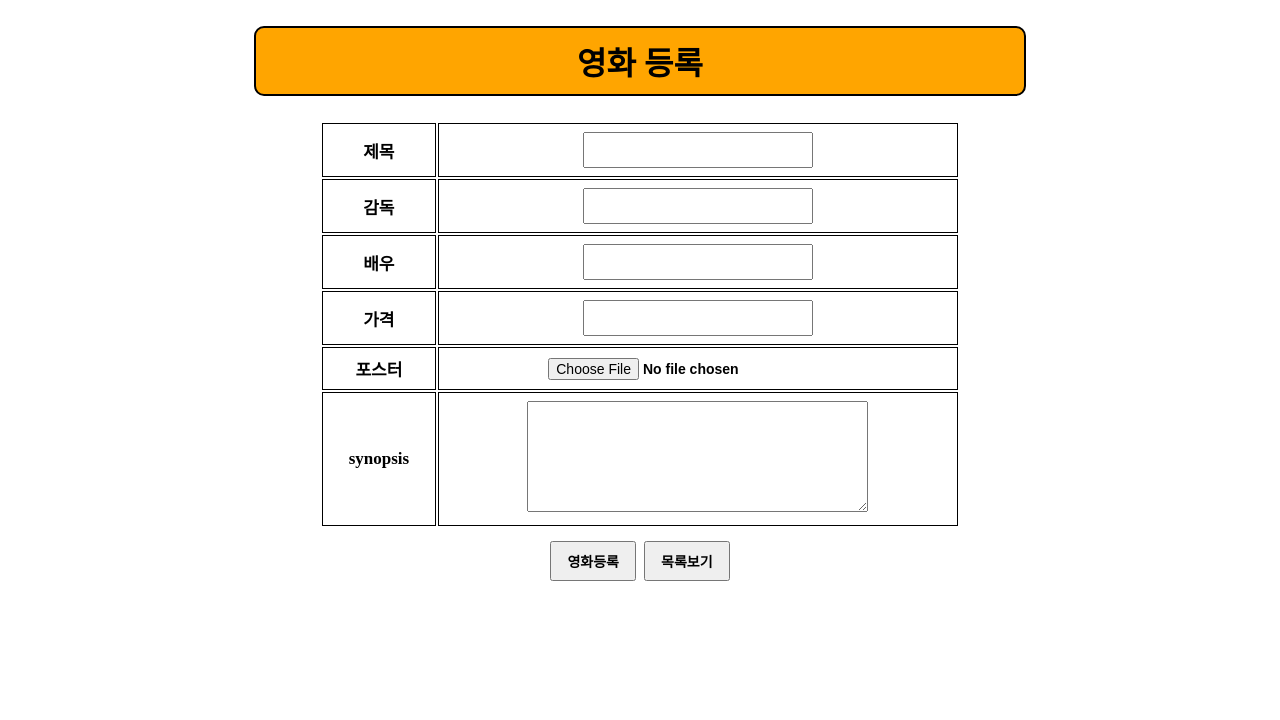
Repository: EverythingOfC/movie
Page: http://localhost/movie/movie/insert.jsp
The author's editor kept a copy of each file at every save. The page is drawn from the files as they stood at one save, then again after the next save.
The browser window is 1280 px wide. The pictures show the whole page.
The page is served by Tomcat 9. Nobody is signed in. The application's start-up code is not run. Other server files are loaded and not shown.

Above is the page before, as saved 2023-01-02 04:10:26.

### movie/src/main/webapp/movie/insert.jsp
<%@ page language="java" contentType="text/html; charset=UTF-8"
    pageEncoding="UTF-8"%>
<%@ taglib prefix="c" uri="http://java.sun.com/jsp/jstl/core" %>
<!DOCTYPE html>
<html>
<head>
<meta charset="UTF-8">
<title>Insert title here</title>
<link rel="stylesheet" type="text/css" href="../css/movie.css">
</head>
<body>

<div class = "title">
	<h1> 영화 등록 </h1>
</div>

<div class = "insert">

<form action="ms?command=insert" method="post" enctype="multipart/form-data">
		<!--  Http의 바디부분에 데이터를 여러 부분으로 나누어서 전송함 -->

	<input type="hidden" name="id" value="${member.id }">
	<table>
		<tr>
		<th>제목</th>
		<td><input type="text" name="title"></td>
		</tr>

		<tr>
		<th>감독</th>
		<td><input type="text" name="director"></td>
		</tr>

		<tr>
		<th>배우</th>
		<td><input type="text" name="actor"></td>
		</tr>

		<tr>
		<th>가격</th>
		<td><input type="number" name="price"></td>
		</tr>

		<tr>
		<th>포스터</th>
		<td><div><input type="file" name="poster" onchange="readURL(this);" style="padding:0; text-align:center;">
		<img id="preview"/></div></td>
		</tr>


		<tr>
		<th>synopsis</th>
		<td><textarea rows="7" cols="40" name="synopsis">

		</textarea></td>
		</tr>

	</table>

	<div class="i_button">
		<input type="submit" value="영화등록">&nbsp;
		<input type="button" onclick="location.href='ms?command=list'" value="목록보기">
	</div>
	</form>
</div>
<script>
	function readURL(input) {
	  if (input.files && input.files[0]) {
	    var reader = new FileReader();
	    reader.onload = function(e) {
	      document.getElementById('preview').src = e.target.result;
	    };
	    reader.readAsDataURL(input.files[0]);
	  } else {
	    document.getElementById('preview').src = "";
	  }
	}
</script>
</body>
</html>

### movie/src/main/webapp/css/movie.css
@charset "UTF-8";

*{
	margin: 0 auto;
}

img{
	border:0;
}
a{
	text-decoration:none;
	color:black;
}
a:hover{
	font-weight:bold;
}
li{
	list-style: none;
}

.title{
	margin:2vw auto;
	text-align:center;
	border:2px solid black;
	border-radius:10px;
	background:orange;
	width:60%;
	padding:10px 0;
}
.main table{
	width:70%;
}
.main td,.main th{
	padding:10px;
	border:1px solid black;
	border-collapse: collapse;
}

.insert table td{
	text-align:center;
}
.insert table td input, .i_button input, .insert table td img{
	padding:8px 15px;
	font-weight:bold;
	font-size:14px;
}
.insert table{
	width:50%;
	font-size:17px;
}
.insert td,.insert th{
	padding:8px;
	border:1px solid black;
	border-collapse: collapse;
}
.i_button{
	margin-top:1vw;
	width:50%;
	text-align:center;
}


.login table td{
	text-align:center;
}
.login table td input, .l_button input{
	padding:11px 15px;
	font-weight:bold;
	font-size:14px;
}
.login table{
	width:50%;
	font-size:17px;
}
.login td,.login th{
	padding:8px;
	border:1px solid black;
	border-collapse: collapse;
}
.l_button{
	margin-top:2vw;
	width:50%;
	text-align:center;
}



.sign table td{
	text-align:center;
}

.sign table td label{
	display:inline-block;
	padding:8px 15px;
	font-size:14px;
 }
.sign table td input, .s_button input{
	padding:8px 15px;
	font-weight:bold;
	font-size:14px;
}
.sign table{
	width:50%;
	font-size:17px;
}
.sign td,.sign th{
	padding:8px;
	border:1px solid black;
	border-collapse: collapse;
}
.s_button{
	margin-top:2vw;
	width:50%;
	text-align:center;
}


.update table td{
	text-align:center;
}
.update table td input, .u_button input, .update table td img{
	padding:8px 15px;
	font-weight:bold;
	font-size:14px;
}
.update table{
	width:50%;
	font-size:17px;
}
.update td,.update th{
	padding:8px;
	border:1px solid black;
	border-collapse: collapse;
}
.u_button{
	margin-top:1vw;
	width:50%;
	text-align:center;
}


.view table td{
	text-align:center;
}
.view table td input, .v_button input, .view table td img{
	padding:8px 15px;
	font-weight:bold;
	font-size:14px;
}
.view table{
	width:50%;
	font-size:17px;
}
.view td,.view th{
	padding:8px;
	border:1px solid black;
	border-collapse: collapse;
}
.v_button{
	margin-top:1vw;
	width:50%;
	text-align:center;
}

After the next save:
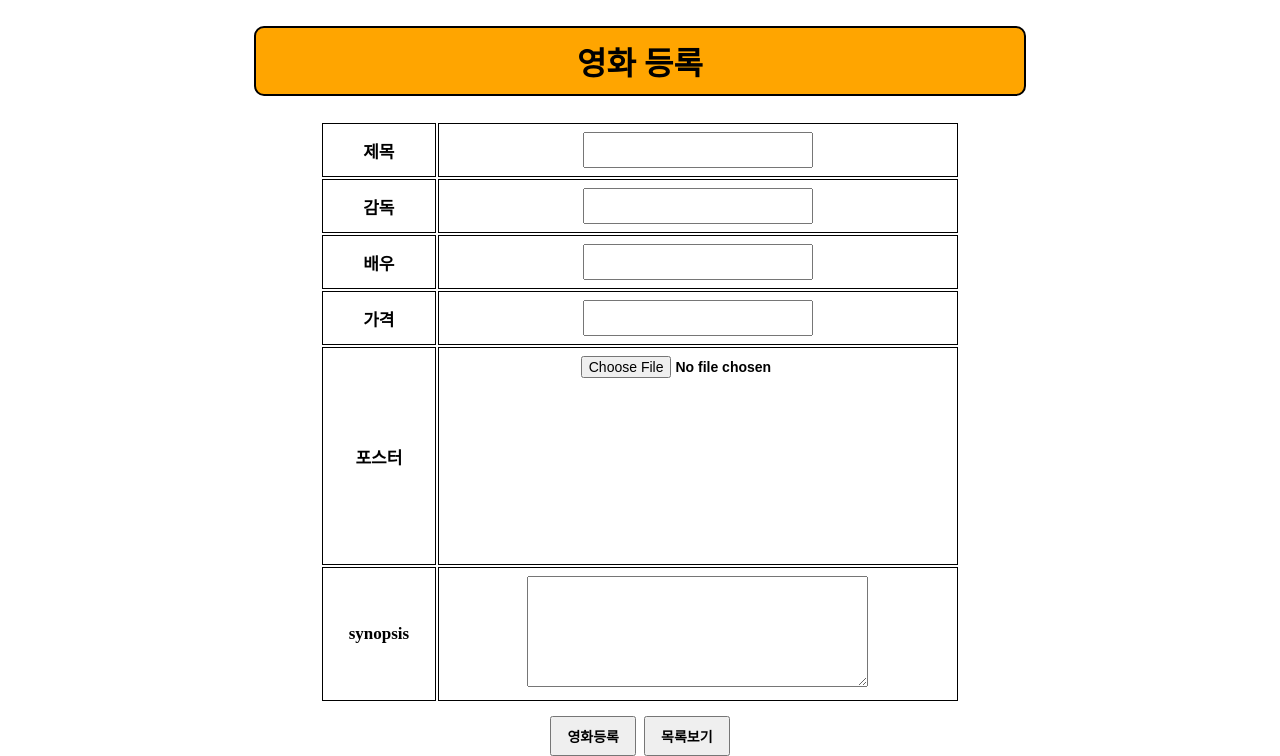
Saved 30 s later.
--- a/movie/src/main/webapp/movie/insert.jsp
+++ b/movie/src/main/webapp/movie/insert.jsp
@@ -43,7 +43,7 @@
 
 		<tr>
 		<th>포스터</th>
-		<td><div><input type="file" name="poster" onchange="readURL(this);" style="padding:0; text-align:center;">
+		<td><div><input type="file" name="poster" onchange="readURL(this);" style="width:200px; height:200px; padding:0; text-align:center;">
 		<img id="preview"/></div></td>
 		</tr>
 
